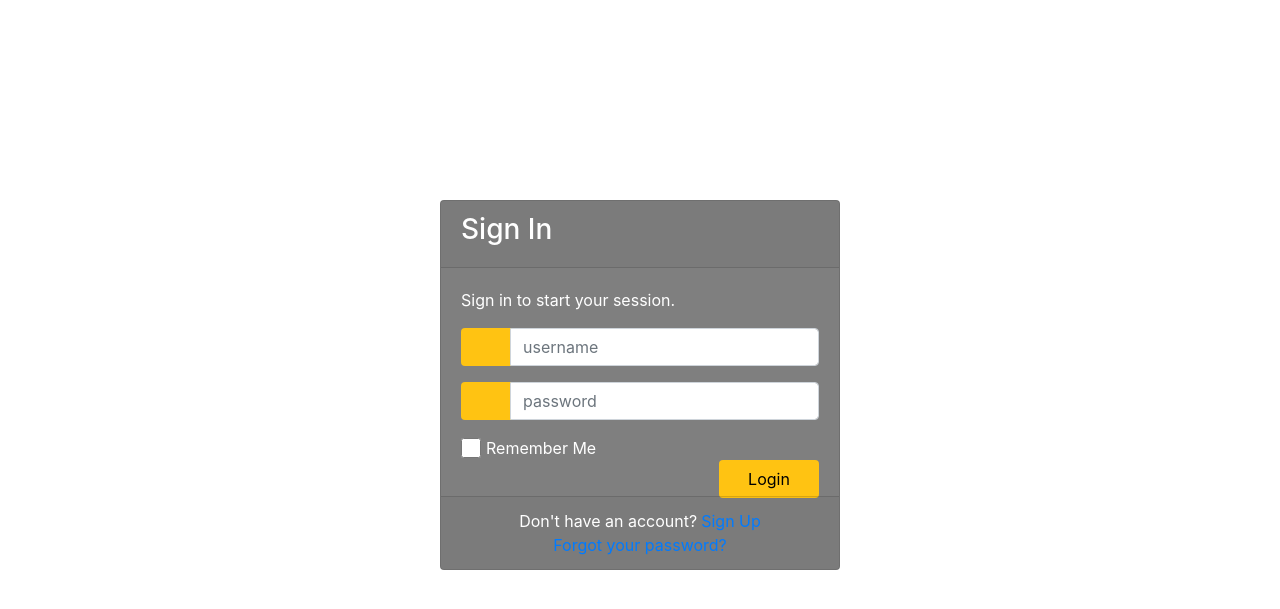
Repository: afsanarozan/viue-js
Page: /login
These files come from the project's save history. The page is drawn as it stood at one moment and after the next save; the edit follows.
The browser window is 1280 px wide. The pictures show the whole page.
Some web fonts or font styles are not loaded; a fallback is used. The project was rebuilt for these pictures with package versions that can differ from the ones it lists, and the page was loaded fresh each time. Also part of the build but not shown: src/components/modalEdit.vue, src/components/modalAdd.vue, src/components/Items.vue, src/views/Home/home.vue, src/views/Home/name.vue, src/views/Home/update.vue, src/views/Home/price.vue, src/views/Home/search.vue and 2 more.

Above is the page before, as saved 2020-10-02 09:32:53.

After the next save:
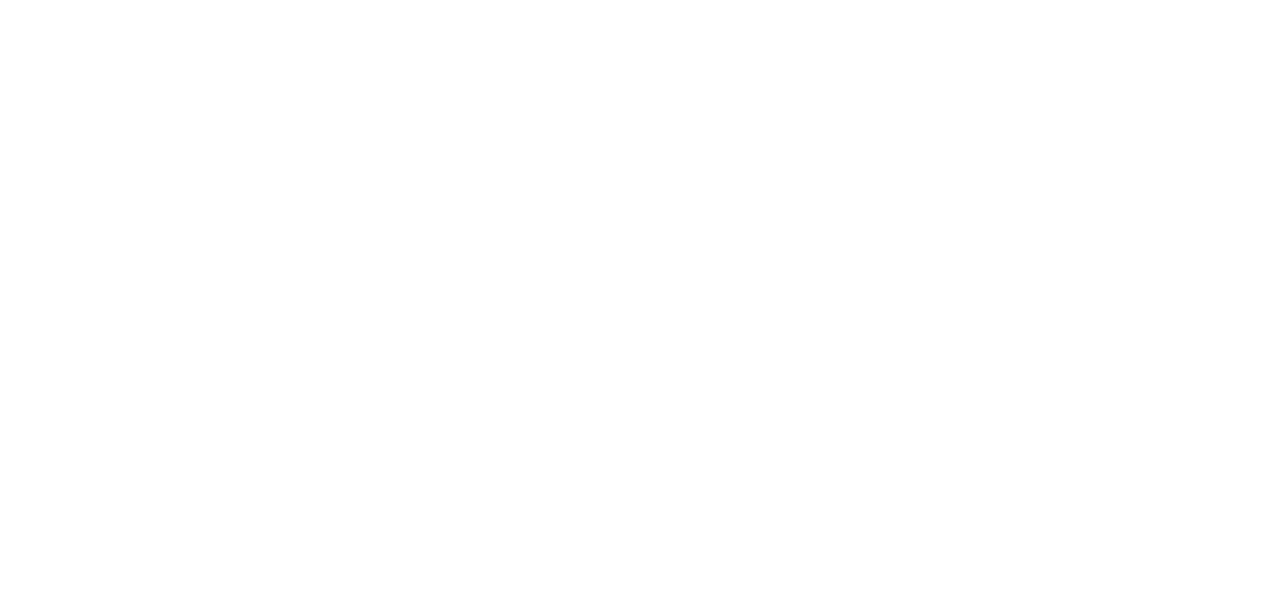
Saved 11 h 42 min later.
--- a/src/router.js
+++ b/src/router.js
@@ -18,7 +18,7 @@
         component: home,
     },
     {
-        path: "/login",
+        path: "/",
         name: "login",
         component: login,
     },

After the 2 saves that followed:
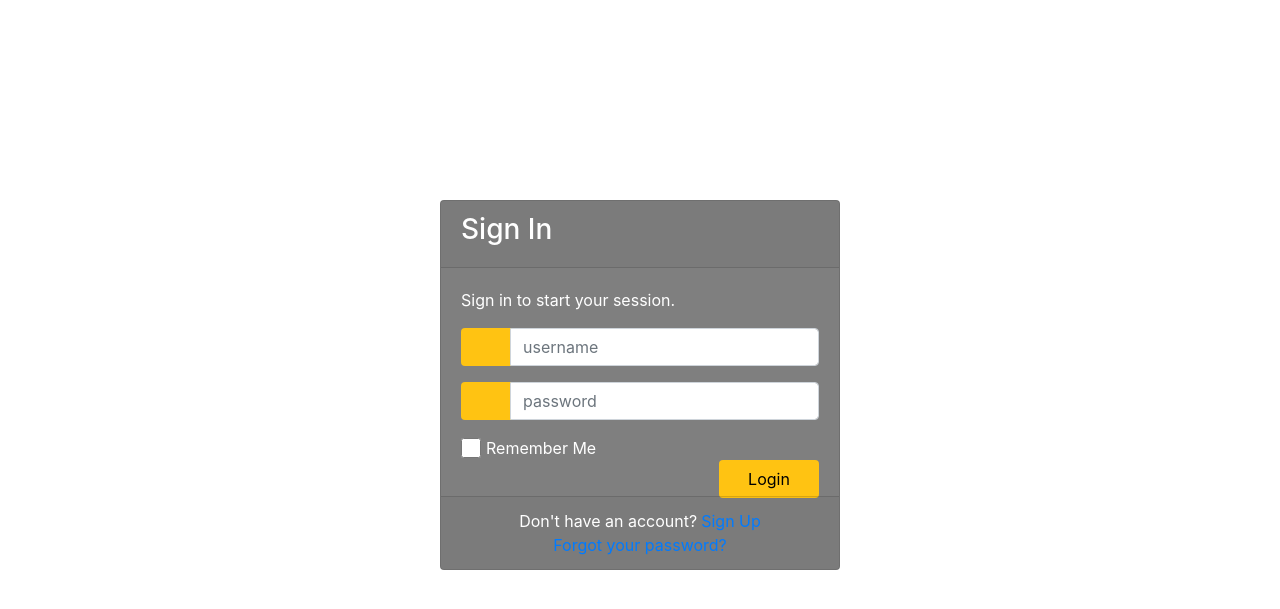
The 2 saves are shown as one change because 1 left the picture as it was.
The last was saved 23 s later.
--- a/src/router.js
+++ b/src/router.js
@@ -18,7 +18,7 @@
         component: home,
     },
     {
-        path: "/",
+        path: "/login",
         name: "login",
         component: login,
     },
